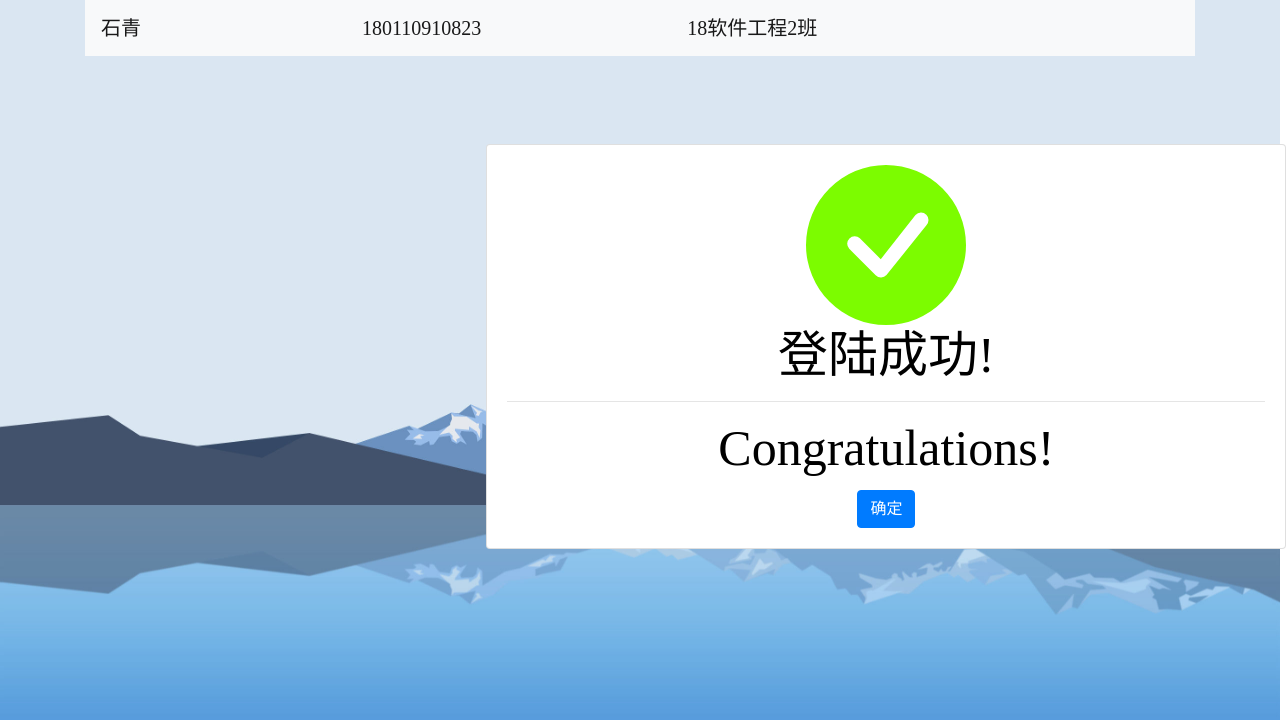
Repository: sqsssq/JavaWeb
Page: class1/IDEA/web/successful.html
The author's editor kept a copy of each file at every save. The page is drawn from the files as they stood at one save, then again after the next save.
The browser window is 1280 px wide. The page is 1286 px wide, so the pictures cover 1286 px, including what lies to the right of the window. The pictures show the whole page.

Above is the page before, as saved 2020-09-25 00:48:00.

### class1/IDEA/web/successful.html
<!--
 * @Author: your name
 * @Date: 2020-09-23 10:46:47
 * @LastEditTime: 2020-09-25 00:47:59
 * @LastEditors: Please set LastEditors
 * @Description: In User Settings Edit
 * @FilePath: \IDEA\web\successful.html
-->
<!DOCTYPE html>
<html lang="en">

<head>
    <meta charset="UTF-8">
    <meta name="viewport" content="width=device-width, initial-scale=1, shrink-to-fit=no">
    <link rel="stylesheet" href="https://cdn.jsdelivr.net/npm/bootstrap@4.5.0/dist/css/bootstrap.min.css"
        integrity="sha384-9aIt2nRpC12Uk9gS9baDl411NQApFmC26EwAOH8WgZl5MYYxFfc+NcPb1dKGj7Sk" crossorigin="anonymous">
    <script src="https://cdn.jsdelivr.net/npm/jquery@3.5.1/dist/jquery.slim.min.js"
        integrity="sha384-DfXdz2htPH0lsSSs5nCTpuj/zy4C+OGpamoFVy38MVBnE+IbbVYUew+OrCXaRkfj" crossorigin="anonymous">
    </script>
    <script src="https://cdn.jsdelivr.net/npm/popper.js@1.16.0/dist/umd/popper.min.js"
        integrity="sha384-Q6E9RHvbIyZFJoft+2mJbHaEWldlvI9IOYy5n3zV9zzTtmI3UksdQRVvoxMfooAo" crossorigin="anonymous">
    </script>
    <script src="https://cdn.jsdelivr.net/npm/bootstrap@4.5.0/dist/js/bootstrap.min.js"
        integrity="sha384-OgVRvuATP1z7JjHLkuOU7Xw704+h835Lr+6QL9UvYjZE3Ipu6Tp75j7Bh/kR0JKI" crossorigin="anonymous">
    </script>

    <title>Title</title>
    <style>
        html {
            height: 100%;
        }

        body {
            height: 100%;
            background-image: url("./img/bcg2.jpg");
            background-repeat: no-repeat;
            background-size: 100% 100%;
            background-position: center center;
        }
    </style>
</head>

<body>
    <div class="container" style="font-family: 华文行楷;">
        <nav class="navbar navbar-expand-lg navbar-light bg-light">
            <a class="navbar-brand" href="#">石青
                &nbsp;&nbsp;&nbsp;&nbsp;&nbsp;&nbsp;&nbsp;&nbsp;&nbsp;&nbsp;&nbsp;&nbsp;&nbsp;&nbsp;&nbsp;&nbsp;&nbsp;&nbsp;&nbsp;&nbsp;&nbsp;&nbsp;&nbsp;&nbsp;&nbsp;&nbsp;&nbsp;&nbsp;&nbsp;&nbsp;&nbsp;&nbsp;&nbsp;&nbsp;&nbsp;&nbsp;&nbsp;&nbsp;&nbsp;&nbsp;</a>
            <a class="navbar-brand"
                href="#">180110910823&nbsp;&nbsp;&nbsp;&nbsp;&nbsp;&nbsp;&nbsp;&nbsp;&nbsp;&nbsp;&nbsp;&nbsp;&nbsp;&nbsp;&nbsp;&nbsp;&nbsp;&nbsp;&nbsp;&nbsp;&nbsp;&nbsp;&nbsp;&nbsp;&nbsp;&nbsp;&nbsp;&nbsp;&nbsp;&nbsp;&nbsp;&nbsp;&nbsp;&nbsp;&nbsp;&nbsp;&nbsp;&nbsp;</a>
            <a class="navbar-brand" href="#">18软件工程2班</a>

        </nav>
        <form method="post" action="loginAction.jsp">

            <!--    <form>-->
            <div class="card"
                style="width: 50rem; position:absolute; left: 38%; float: left; top: 20%; background-color: white;">
                <div class="card-body" style="text-align: center;">

                    <!-- <img src="..." class="card-img-top" alt="..."> -->
                    <svg width="10em" height="10em" viewBox="0 0 16 16" class="bi bi-check-circle-fill"
                        fill="#7CFC00" xmlns="http://www.w3.org/2000/svg">
                        <path fill-rule="evenodd"
                            d="M16 8A8 8 0 1 1 0 8a8 8 0 0 1 16 0zm-3.97-3.03a.75.75 0 0 0-1.08.022L7.477 9.417 5.384 7.323a.75.75 0 0 0-1.06 1.06L6.97 11.03a.75.75 0 0 0 1.079-.02l3.992-4.99a.75.75 0 0 0-.01-1.05z" />
                    </svg>
                    <h3 class="card-title" style="color: black; font-size: 50px;">登陆成功!</h3>
                    <hr>
                    <h3 class="card-title" style="color: black; font-size: 50px;">Congratulations!</h3>
                    <input class="btn btn-primary" value="确定" id="btn1" type="submit">
                    <!--            <input  class="btn btn-success" value="注册" id="btn2" type="submit">-->
                    <!--            <button class="btn btn-block" id="btn">登陆</button>-->
                </div>
            </div>
        </form>
    </div>
</body>

</html>

After the next save:
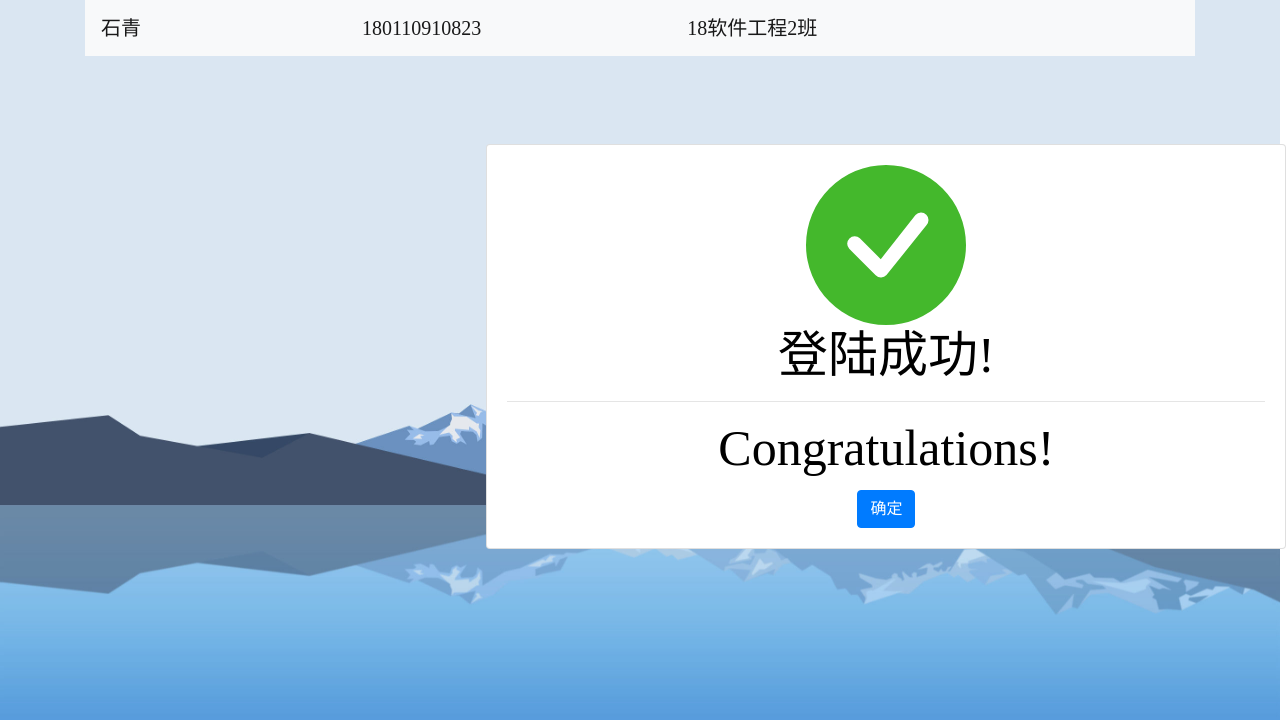
Saved 76 s later.
--- a/class1/IDEA/web/successful.html
+++ b/class1/IDEA/web/successful.html
@@ -1,7 +1,7 @@
 <!--
  * @Author: your name
  * @Date: 2020-09-23 10:46:47
- * @LastEditTime: 2020-09-25 00:47:59
+ * @LastEditTime: 2020-09-25 00:49:16
  * @LastEditors: Please set LastEditors
  * @Description: In User Settings Edit
  * @FilePath: \IDEA\web\successful.html
@@ -59,7 +59,7 @@
 
                     <!-- <img src="..." class="card-img-top" alt="..."> -->
                     <svg width="10em" height="10em" viewBox="0 0 16 16" class="bi bi-check-circle-fill"
-                        fill="#7CFC00" xmlns="http://www.w3.org/2000/svg">
+                        fill="#44B82C" xmlns="http://www.w3.org/2000/svg">
                         <path fill-rule="evenodd"
                             d="M16 8A8 8 0 1 1 0 8a8 8 0 0 1 16 0zm-3.97-3.03a.75.75 0 0 0-1.08.022L7.477 9.417 5.384 7.323a.75.75 0 0 0-1.06 1.06L6.97 11.03a.75.75 0 0 0 1.079-.02l3.992-4.99a.75.75 0 0 0-.01-1.05z" />
                     </svg>
